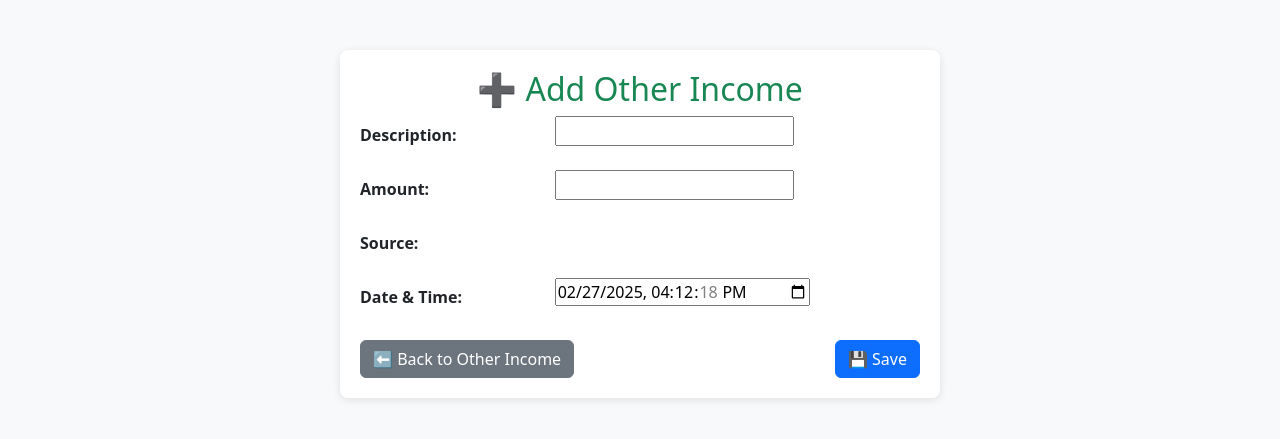
Repository: Jijiluzana225/lugawan_pitlane
Page: http://localhost/other-income/add/
The author's editor kept a copy of each file at every save. The page is drawn from the files as they stood at one save, then again after the next save.
The browser window is 1280 px wide. The pictures show the whole page.
The page is served by the project's application, run on Django 5.2 (manage.py).

Above is the page before, as saved 2025-03-07 09:24:56.

After the next save:
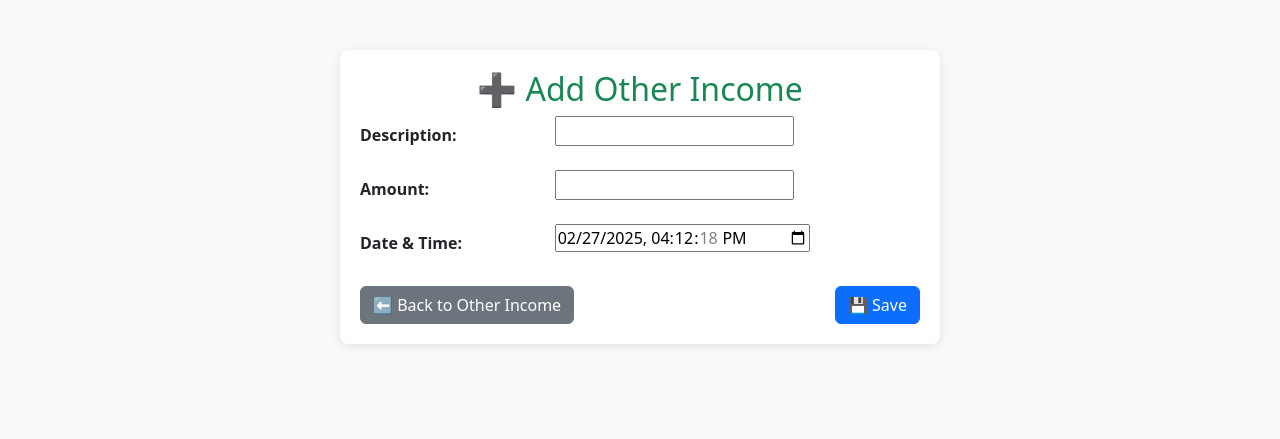
Saved 54 s later.
--- a/pos/templates/pos/other_income_form.html
+++ b/pos/templates/pos/other_income_form.html
@@ -45,12 +45,7 @@
                     {{ form.amount }}
                 </div>
             </div>
-            <div class="row mb-3">
-                <label for="id_source" class="col-sm-4 col-form-label fw-bold">Source:</label>
-                <div class="col-sm-8">
-                    {{ form.source }}
-                </div>
-            </div>
+
             <div class="row mb-3">
                 <label for="id_datetimestamp" class="col-sm-4 col-form-label fw-bold">Date & Time:</label>
                 <div class="col-sm-8">
